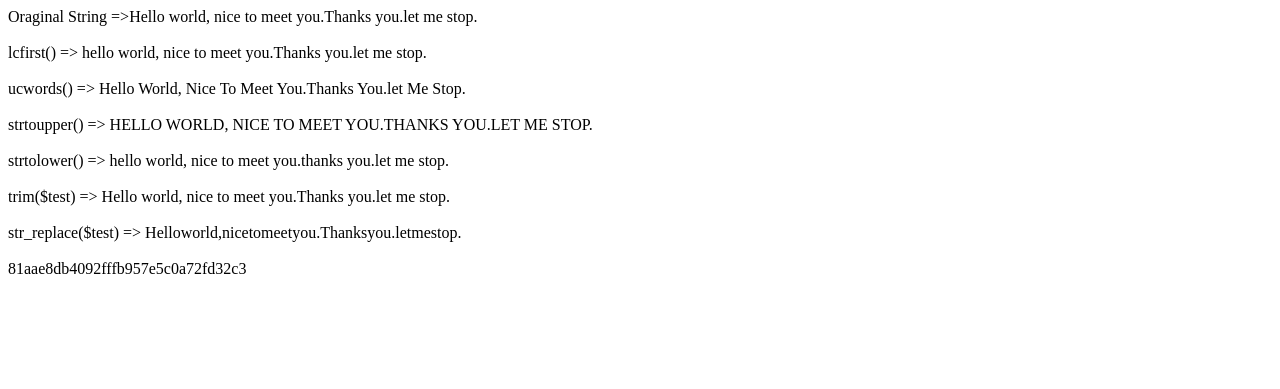
Repository: zinminkhantoo/assignment01
Page: http://localhost/String/printf_fprintf.php
An editor plug-in stored every save of this project. The page is shown before and after the next save, followed by the edit.
The browser window is 1280 px wide. The pictures show the whole page.
The page is run by PHP 8.4 with error messages shown; the project is at /var/www/html/.

Above is the page before, as saved 2020-04-12 10:39:38.

### Test/String/printf_fprintf.php
<?php
    $test = "Hello world, nice to meet you.Thanks you.let me stop. ";
    $enter = "</br></br>";
    echo "Oraginal String =>".$test.$enter;
    echo "lcfirst() => ".lcfirst($test).$enter;
    echo "ucwords() => " .ucwords($test).$enter;
    echo "strtoupper() => ".strtoupper($test).$enter;
    echo "strtolower() => ".strtolower($test).$enter;
    echo 'trim($test) => '.trim($test," ").$enter;
    echo 'str_replace($test) => '.str_replace(" ", "", $test).$enter;

    //==================================================================

    $password = "abcdefg1212112";
    echo md5($password,false);

?>

After the next save:
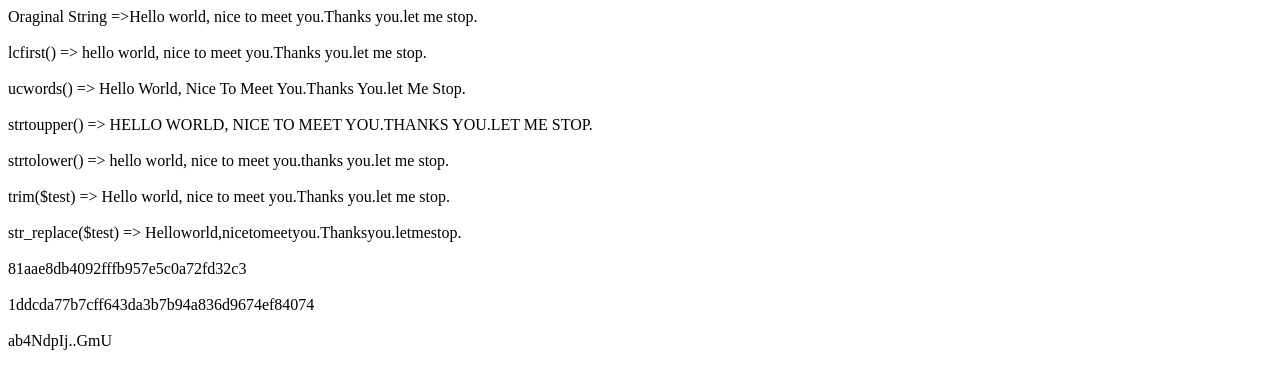
Saved 7 min 42 s later.
--- a/Test/String/printf_fprintf.php
+++ b/Test/String/printf_fprintf.php
@@ -12,6 +12,8 @@
     //==================================================================
 
     $password = "abcdefg1212112";
-    echo md5($password,false);
+    echo md5($password,false).$enter;
+    echo sha1($password).$enter;
+    echo crypt($password , "ab");
 
 ?>
